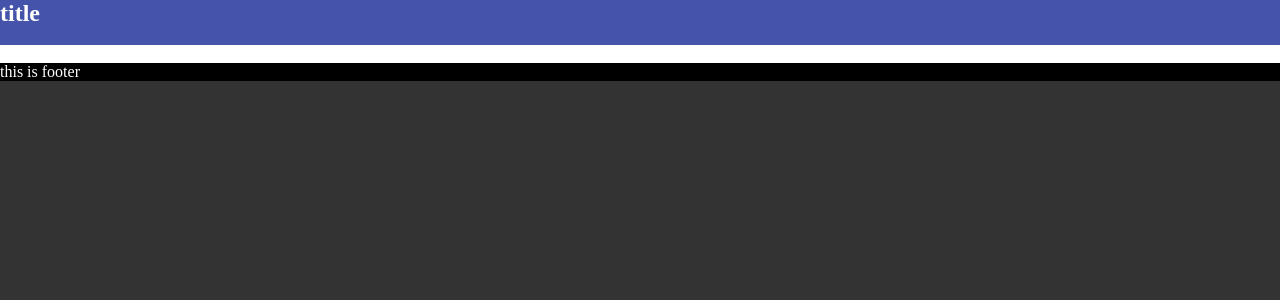
Repository: ksbsh27/multi_lingual
Page: index.html
The author's editor kept a copy of each file at every save. The page is drawn from the files as they stood at one save, then again after a run of saves.
The browser window is 1280 px wide. The pictures show the whole page.
The style sheet was rebuilt from its Sass, Less or Tailwind sources for each picture, by a compiler version that may differ from the author's.

Above is the page before, as saved 2022-03-31 20:41:40.

### index.html
<!DOCTYPE html>
<html lang="jp">
<head>
    <meta charset="UTF-8">
    <meta http-equiv="X-UA-Compatible" content="IE=edge">
    <meta name="viewport" content="width=device-width, initial-scale=1.0">
    <title>develop</title>
    <link rel="stylesheet" href="./css/style.css">
</head>
<body>
    <header>
        <nav>
            <h1>title</h1>
            <ul>
                <li></li>
            </ul>
        </nav>
    </header>
    <section>
        aaaaaaaaaaaaa
        bbbbbbbbbbbb
        ccccccccccc
    </section>
    <footer>this is footer</footer>
</body>
</html>

### sass/style.scss
@import "./_header";
@import "./footer";
* {
  padding: 0;
  margin: 0;
  box-sizing: border-box;
}

body {
  color: #fff;
  background: #333;
}

section {
  background: #fff;
}

### sass/_header.scss
header{
    background: rgb(69, 84, 170);
}

### sass/_footer.scss
footer{
    background: rgb(0, 0, 0);
}

After the next 4 saves:
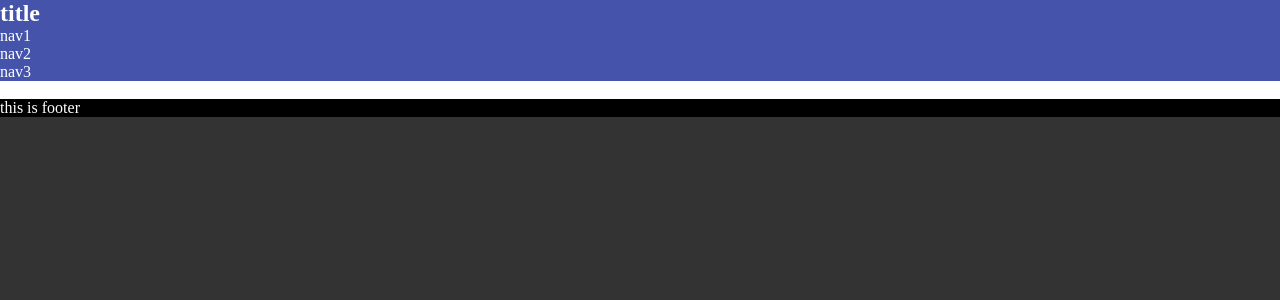
The 4 saves are shown as one change because they came seconds apart.
The last was saved 18 s later.
--- a/index.html
+++ b/index.html
@@ -12,7 +12,9 @@
         <nav>
             <h1>title</h1>
             <ul>
-                <li></li>
+                <li>nav1</li>
+                <li>nav2</li>
+                <li>nav3</li>
             </ul>
         </nav>
     </header>
